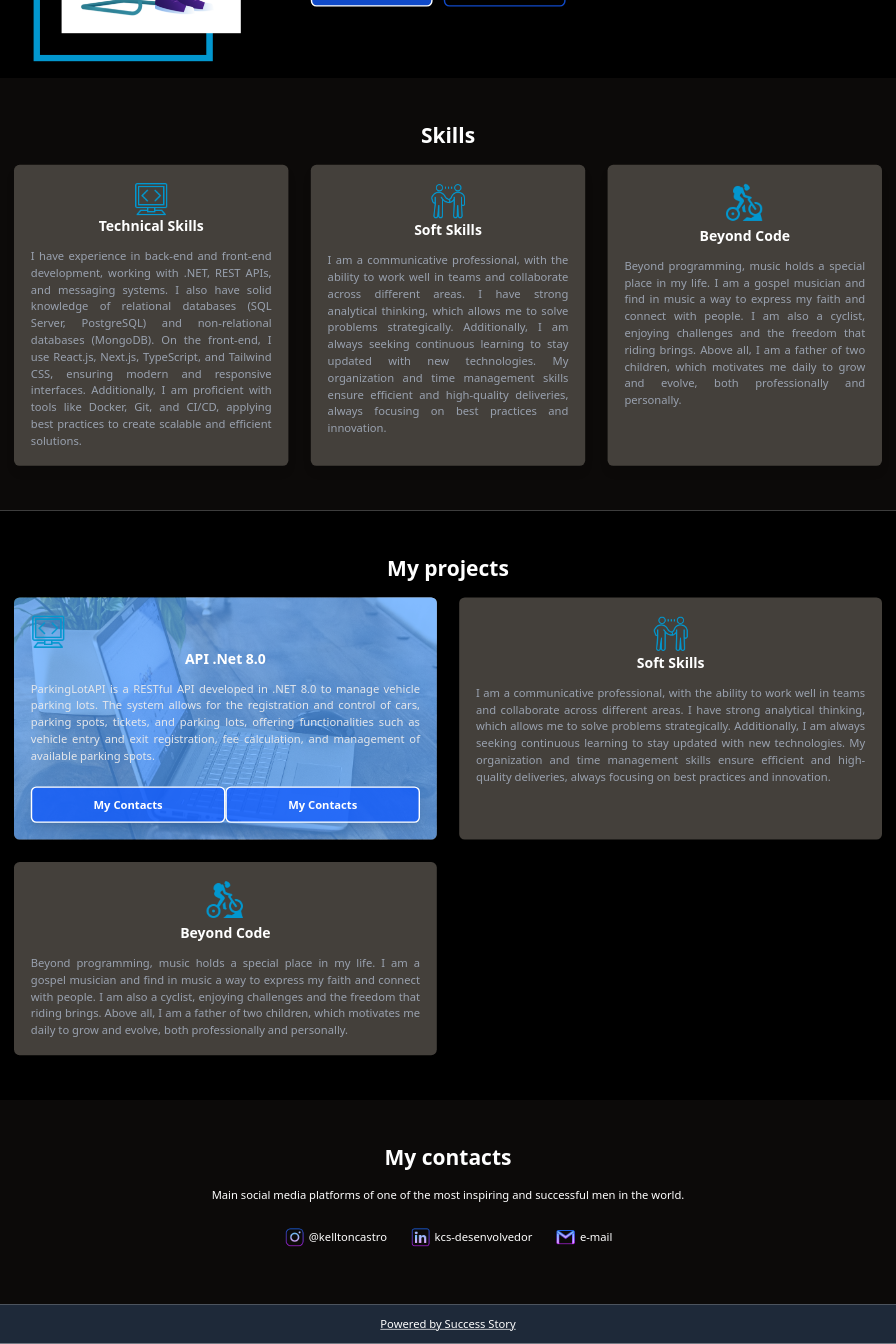
Repository: kcsdesenvolvedor/portfolio
Page: src/index.html
The author's editor kept a copy of each file at every save. The page is drawn from the files as they stood at one save, then again after the next save.
The browser window is 1280 px wide. The pictures show the part of the page from y = 858 to 2778 px (the page is 2778 px tall before and 2774 px after), at 70% of full size.

Above is the page before, as saved 2025-03-04 17:26:51.
Console error: TypeError: Cannot read properties of null (reading 'textContent')

After the next save:
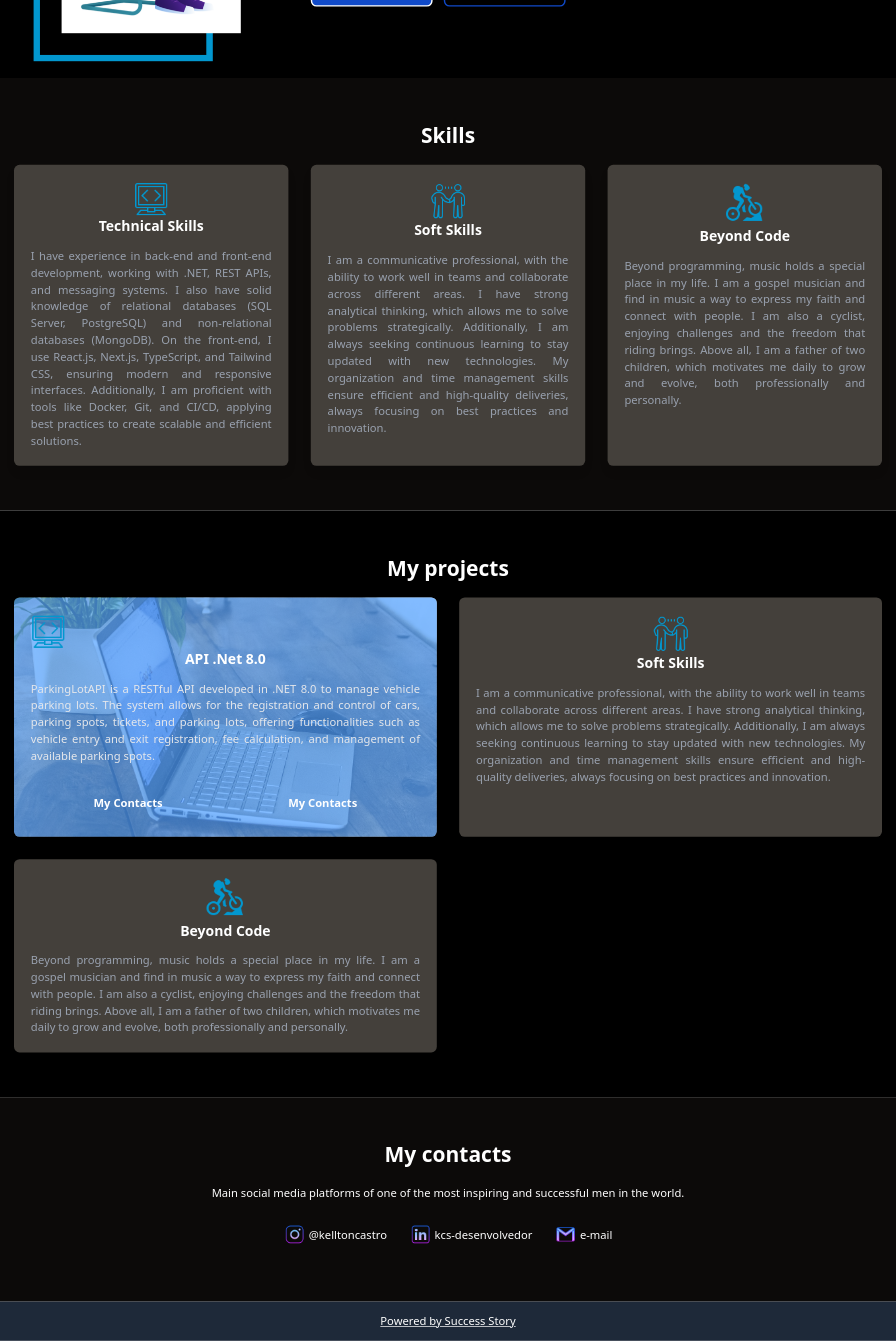
Saved 3 min 7 s later.
--- a/src/index.html
+++ b/src/index.html
@@ -210,10 +210,10 @@
                         <h4 class="text-xl text-white font-bold mb-4">API .Net 8.0</h4>
                         <p class="text-gray-200 text-justify">ParkingLotAPI is a RESTful API developed in .NET 8.0 to manage vehicle parking lots. The system allows for the registration and control of cars, parking spots, tickets, and parking lots, offering functionalities such as vehicle entry and exit registration, fee calculation, and management of available parking spots.</p>
                         <div class="flex justify-around mt-8">
-                            <a href="#contact" class="bg-blue-600/80 dark:bg-sky-400/80 text-center text-white font-bold w-full lg:w-2/4 py-3 px-6 border-2 rounded-lg shadow-lg hover:bg-black hover:text-blue-600/80 hover:dark:text-sky-400/80 hover:border-blue-600/80 hover:dark:border-sky-400/80 hover:border-2 transition delay-150 duration-300 ease-in-out">
+                            <a href="#contact" class=" text-white font-bold w-full lg:w-2/4 py-3 px-6 hover:text-blue-600/80 hover:dark:text-sky-400/80 transition delay-150 duration-300 ease-in-out">
                                 My Contacts
                             </a>
-                            <a href="#contact" class="bg-blue-600/80 dark:bg-sky-400/80 text-center text-white font-bold w-full lg:w-2/4 py-3 px-6 border-2 rounded-lg shadow-lg hover:bg-black hover:text-blue-600/80 hover:dark:text-sky-400/80 hover:border-blue-600/80 hover:dark:border-sky-400/80 hover:border-2 transition delay-150 duration-300 ease-in-out">
+                            <a href="#contact" class=" text-white font-bold w-full lg:w-2/4 py-3 px-6 hover:text-blue-600/80 hover:dark:text-sky-400/80 transition delay-150 duration-300 ease-in-out">
                                 My Contacts
                             </a>
                         </div>
